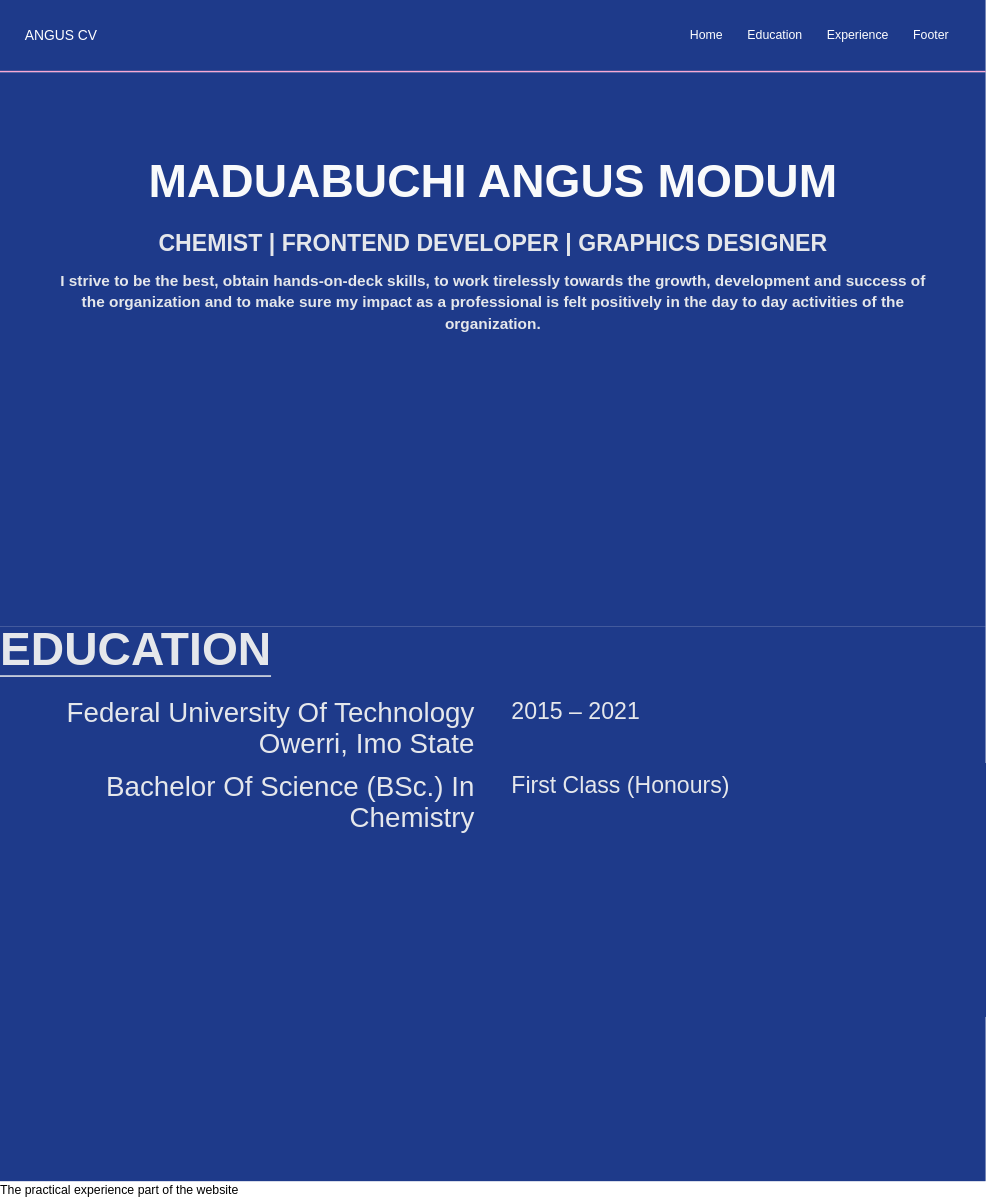
Repository: AngusOnyebuchi/AngusOnyebuchi.github.io
Page: /
These files come from the project's save history. The page is drawn as it stood at one moment and after the next save; the edit follows.
The browser window is 1280 px wide. The pictures show the whole page, at 77% of full size.
The project was rebuilt for these pictures with package versions that can differ from the ones it lists, and the page was loaded fresh each time.

Above is the page before, as saved 2022-04-17 19:51:08.

After the next save:
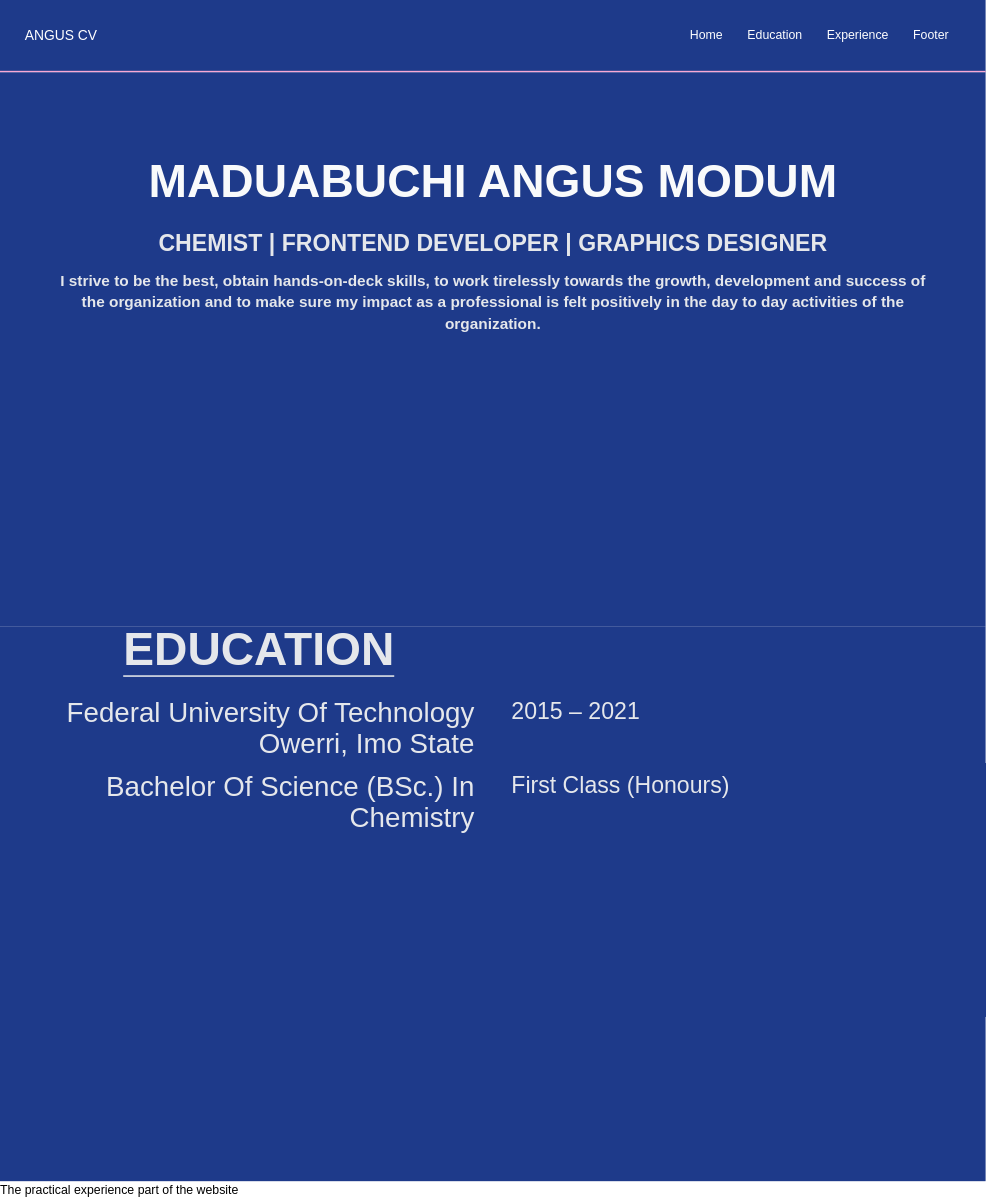
Saved 48 s later.
--- a/src/components/Education.js
+++ b/src/components/Education.js
@@ -3,7 +3,7 @@
 export default function Education() {
     return(
         <div className="bg-blue-900 w-full h-screen text-gray-200">
-            <h1 className="text-4xl md:text-6xl font-bold uppercase pt-24 text-center ml-30 text-gray-200 inline border-b-2">Education</h1>
+            <h1 className="text-4xl md:text-6xl font-bold uppercase pt-24 text-center text-gray-200 inline border-b-2 ml-40">Education</h1>
             <div className="grid grid-cols-2 gap-12 mx-16 pt-8 ">
                 <h3 className="capitalize text-xl md:text-4xl text-right">Federal university of technology owerri, Imo state</h3>
                 <h4 className="text-lg md:text-3xl ">2015 – 2021</h4>

After the save that followed:
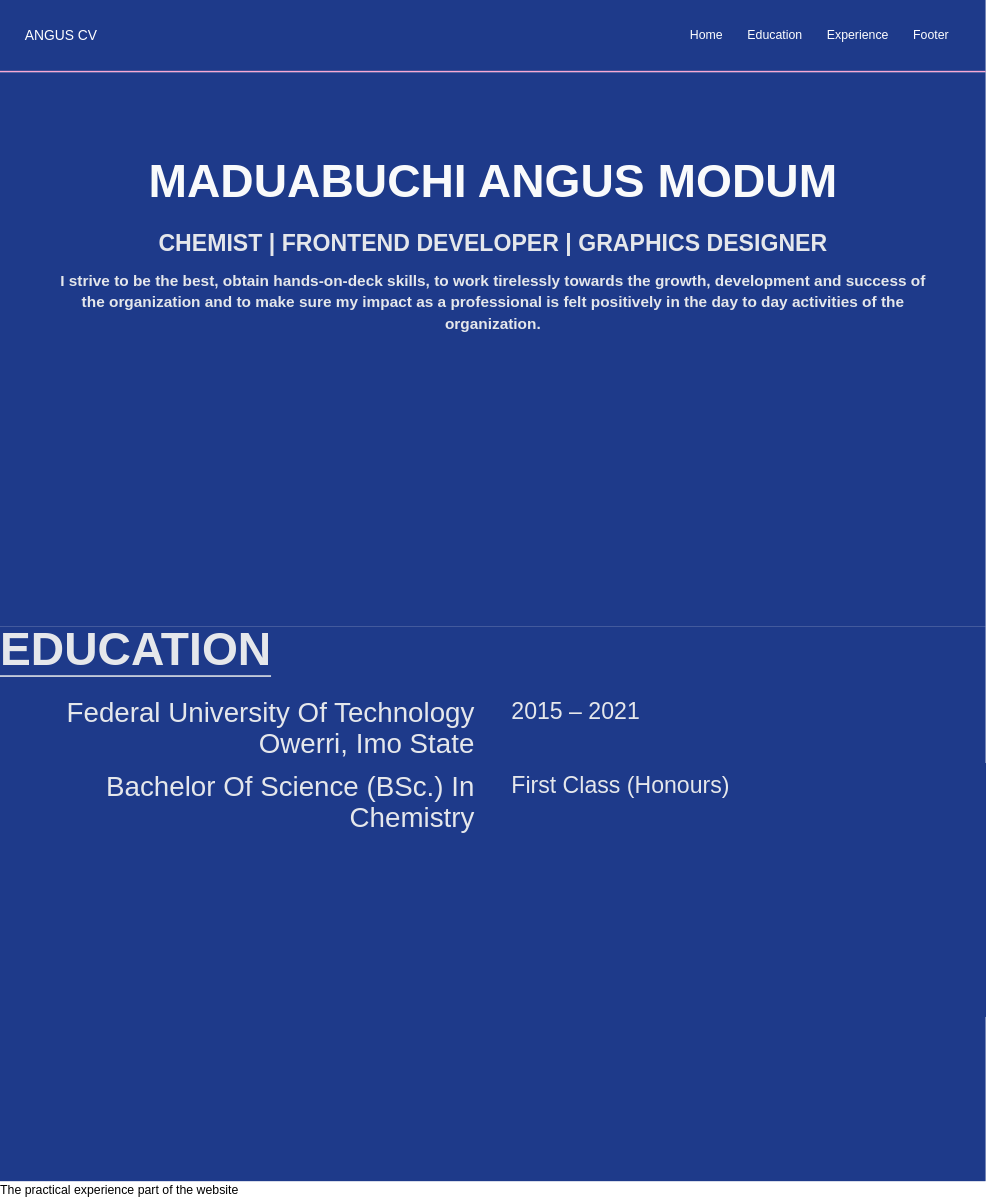
Saved 19 s later.
--- a/src/components/Education.js
+++ b/src/components/Education.js
@@ -3,7 +3,7 @@
 export default function Education() {
     return(
         <div className="bg-blue-900 w-full h-screen text-gray-200">
-            <h1 className="text-4xl md:text-6xl font-bold uppercase pt-24 text-center text-gray-200 inline border-b-2 ml-40">Education</h1>
+            <h1 className="text-4xl md:text-6xl font-bold uppercase pt-24 text-center text-gray-200 inline border-b-2 ml-50">Education</h1>
             <div className="grid grid-cols-2 gap-12 mx-16 pt-8 ">
                 <h3 className="capitalize text-xl md:text-4xl text-right">Federal university of technology owerri, Imo state</h3>
                 <h4 className="text-lg md:text-3xl ">2015 – 2021</h4>
